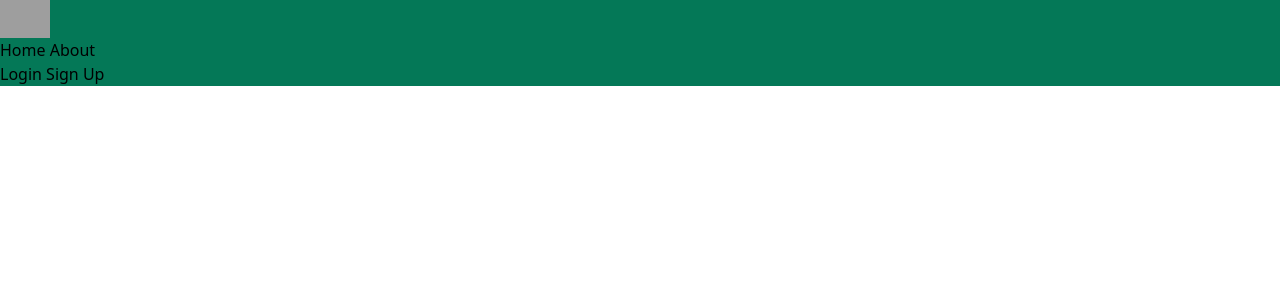
Repository: DaNiels89/tailwind-stawberries
Page: index.html
These files come from the project's save history. The page is drawn as it stood at one moment and after the next save; the edit follows.
The browser window is 1280 px wide. The pictures show the whole page.
Pictures or frames that could not be fetched are drawn as grey boxes.

Above is the page before, as saved 2020-08-24 13:19:21.

After the next save:
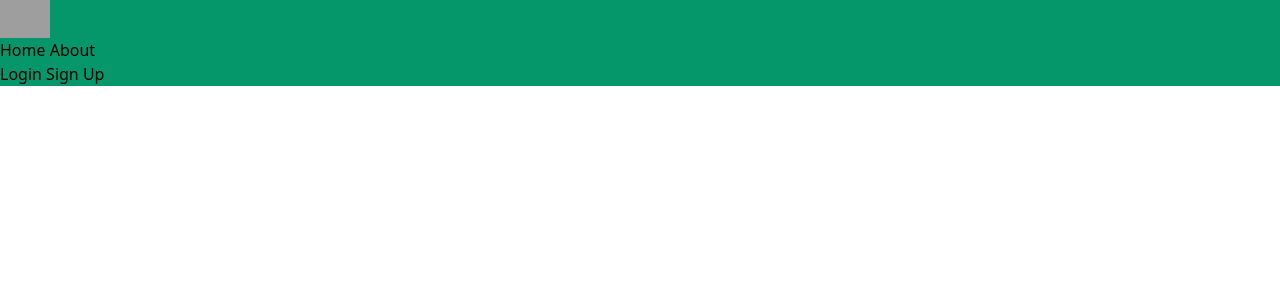
Saved 4 s later.
--- a/index.html
+++ b/index.html
@@ -10,7 +10,7 @@
     />
   </head>
   <body>
-    <header class="bg-green-700">
+    <header class="bg-green-600">
       <nav class="">
         <div>
           <img
